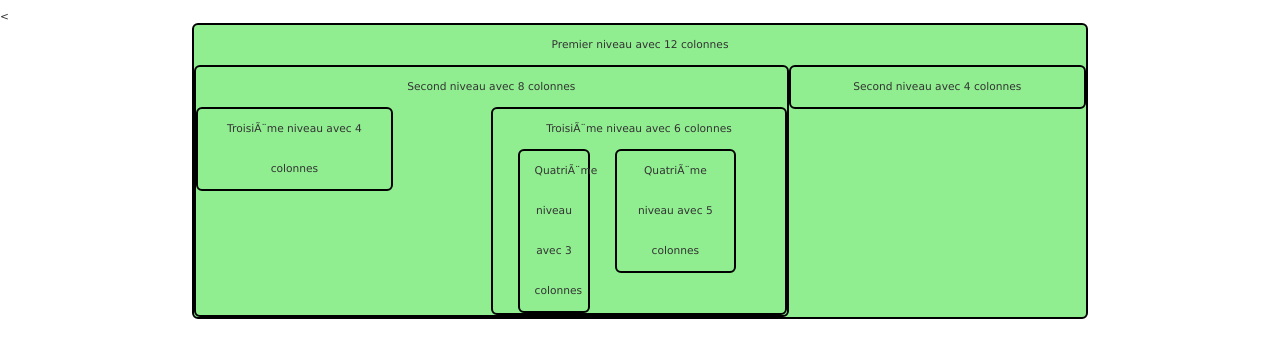
Repository: dridrii/COMPET-BLOC
Page: http://localhost/COMPET-BLOC/
An editor plug-in stored every save of this project. The page is shown before and after the next save, followed by the edit.
The browser window is 1280 px wide. The pictures show the whole page.
The page is served by Tomcat 9. Other server files are loaded and not shown.

Above is the page before, as saved 2015-07-11 16:11:48.

### COMPET-BLOC/WebContent/index.jsp
<!DOCTYPE html>
<html>
 <head>
    <link href="boostrap/dist/css/bootstrap.css" rel="stylesheet">
    <link href="inc/css/tuto.css" rel="stylesheet">
  </head>
  <body>
    <<div class="container">
  <div class="row">
    <div class="col-md-12">Premier niveau avec 12 colonnes
    <div class="row">
      <div class="col-md-8">Second niveau avec 8 colonnes
      <div class="row">
        <div class="col-md-4">Troisième niveau avec 4 colonnes</div>
        <div class="col-md-6 col-md-offset-2">Troisième niveau avec 6 colonnes
        <div class="row">
          <div class="col-md-3 col-md-offset-1">Quatrième niveau avec 3 colonnes</div>
          <div class="col-md-5 col-md-offset-1">Quatrième niveau avec 5 colonnes</div>
        </div>
        </div>
      </div>
      </div>
      <div class="col-md-4">Second niveau avec 4 colonnes</div>
    </div>
  </div>
</div>
  </body>
</html>

### COMPET-BLOC/WebContent/inc/css/tuto.css
.container {
	padding-right: 15px;
  	padding-left: 15px;
 	margin-right: auto;
  	margin-left: auto;
}

.row {
  margin-right: -15px;
  margin-left: -15px;
}


.navbar-default {
	background-color: #bfbfbf;
	border-color: #bfbfbf ;
}


.text{
	color: #333333;

}

.img-logo {
	height : 250px;
	width : auto;
}

/* Général ------------------------------------------------------------------------------------- */

body, p, legend, label, input {
    font: normal 8pt verdana, helvetica, sans-serif;
}

fieldset {
    padding: 10px;
    border: 1px #0568CD solid;
}

legend {
    font-weight: bold;
    color: #0568CD;
}

/* Forms --------------------------------------------------------------------------------------- */

form label {
    float: left;
    width: 200px;
    margin: 3px 0px 0px 0px;
}

form input {
    margin: 3px 3px 0px 0px;
    border: 1px #999 solid;
}

form input.sansLabel {
    margin-left: 200px;
}

form .requis {
    color: #c00;
}

body {
  padding-top: 10px;
}
[class*="col-"], footer {
  background-color: lightgreen;
  border: 2px solid black;
  border-radius: 6px;
  line-height: 40px;
  text-align: center;
}

@media (min-width: 768px) {
  .container {
    width: 70%;
  }
}
@media (min-width: 992px) {
  .container {
    width: 70%;
  }
}
@media (min-width: 1200px) {
  .container {
    width: 70%;
  }
}

Loaded but not shown: COMPET-BLOC/WebContent/WEB-INF/taglibs.jsp (common file); COMPET-BLOC/WebContent/boostrap/dist/css/bootstrap.css (library)

After the next save:
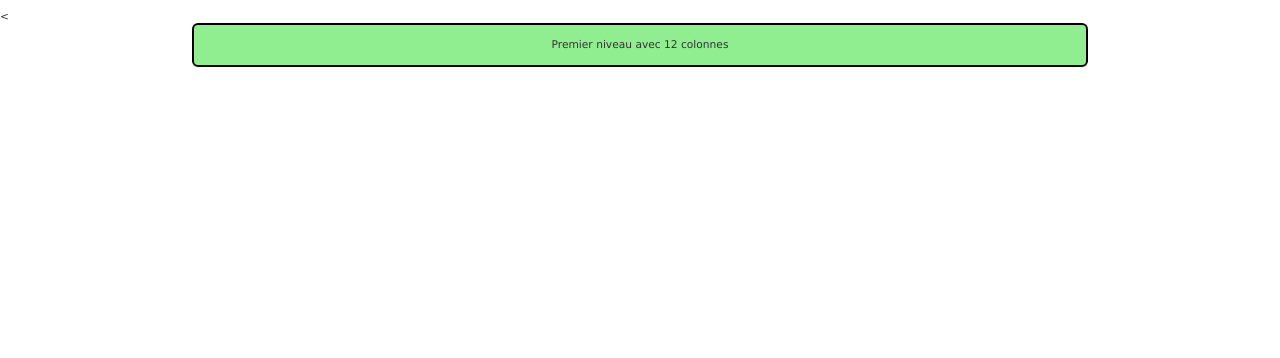
Saved 11 min 24 s later.
--- a/COMPET-BLOC/WebContent/index.jsp
+++ b/COMPET-BLOC/WebContent/index.jsp
@@ -8,20 +8,6 @@
     <<div class="container">
   <div class="row">
     <div class="col-md-12">Premier niveau avec 12 colonnes
-    <div class="row">
-      <div class="col-md-8">Second niveau avec 8 colonnes
-      <div class="row">
-        <div class="col-md-4">Troisième niveau avec 4 colonnes</div>
-        <div class="col-md-6 col-md-offset-2">Troisième niveau avec 6 colonnes
-        <div class="row">
-          <div class="col-md-3 col-md-offset-1">Quatrième niveau avec 3 colonnes</div>
-          <div class="col-md-5 col-md-offset-1">Quatrième niveau avec 5 colonnes</div>
-        </div>
-        </div>
-      </div>
-      </div>
-      <div class="col-md-4">Second niveau avec 4 colonnes</div>
-    </div>
   </div>
 </div>
   </body>
